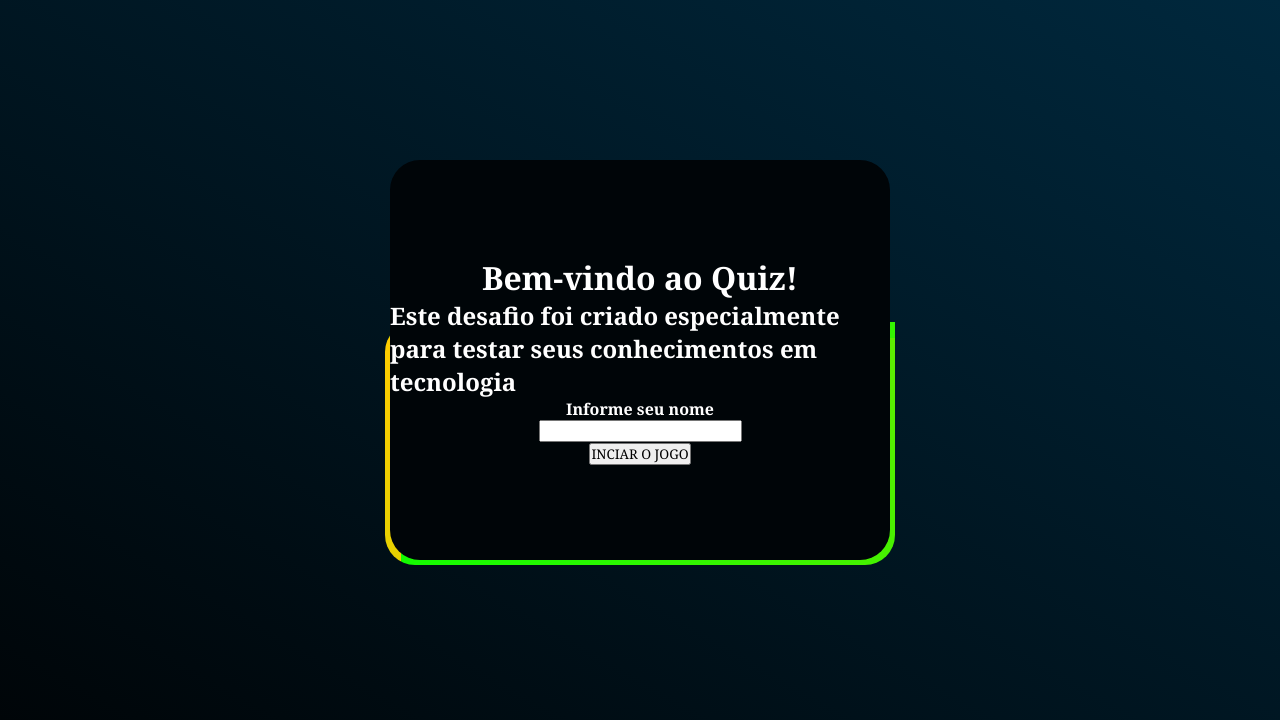
Repository: LaisSilvaO/Projeto-Quizz
Page: telas/apresentação.html
An editor plug-in stored every save of this project. The page is shown before and after the next save, followed by the edit.
The browser window is 1280 px wide. The pictures show the whole page.

Above is the page before, as saved 2024-12-25 21:04:50.

### telas/apresentação.html
<!DOCTYPE html>
<html lang="pt-br">

<head>
    <meta charset="UTF-8">
    <meta name="viewport" content="width=device-width, initial-scale=1.0">
    <title>Quiz</title>
    <link rel="stylesheet" href="../img/tela.css">
</head>

<body>
    <div class="box1">
        <div class="box2">
            <H1> Bem-vindo ao Quiz!</H1>

            <h2>Este desafio foi criado especialmente para testar seus conhecimentos em tecnologia


            </h2>
            <h4>Informe seu nome </h4>
            <input type="text" id="nome">
            <A href="index.html">
                <h4><button>INCIAR O JOGO</button></h4>
            </A>
        </div>
    </div>

</body>

</html>

### img/tela.css
* {
  margin: 0;
  padding: 0;
  box-sizing: border-box;
  font-family: Cambria, Cochin, Georgia, Times, 'Times New Roman', serif;
}

body {
  height: 100vh;
  display: flex;
  justify-content: center;
  align-items: center;
  background: linear-gradient(210deg, #00283d, #000508);
}

main {
  background-color: white;
  padding: 10px;
  border-radius: 10px;
  width: 100%;
  max-width: 600px;
  min-height: 400px;
  display: flex;
  justify-content: center;
  align-items: center;
}

.box1{
  position: relative;
  width: 510px;
  height: 410px;

  border-radius: 30px;
  display: flex;
  justify-content: center;
  align-items: center;
  flex-direction: column;
  overflow: hidden;

}
.box2 {
  position: relative;
  width: 500px;
  height: 400px;
  background-color: #000508;
  border-radius: 30px;
  display: flex;
  justify-content: center;
  align-items: center;
  flex-direction: column;
  overflow: hidden;
  color: white;
}

/* Borda animada externa */
.box1::before {
  content: '';
  position: absolute;
  top: 0;
  left: 0;
  width: 100%;
  height: 100%;
  border-radius: 30px;
  border: 16px solid transparent; /* Espessura da borda aumentada */
  background-image: linear-gradient(45deg, #00ff00, #ffcc00);
  background-size: 400%; /* Aumenta o tamanho da animação da borda */
  animation: borderAnimation 3s linear 3s infinite ;
  z-index: -1; /* Garante que a borda fique atrás do conteúdo */
}

@keyframes borderAnimation {
  0% {
    top: 0px;
    left: 0px;
}
25% {
    top: 0px;
    left: 500px; /* Canto superior direito */
}
50% {
    top: 500px;
    left: 0px; /* Canto inferior direito */
}
75% {
    top: 0px;
    left: 0px; /* Canto inferior esquerdo */
}
100% {
    top: 500px;
    left: 0px;  /* Retorna ao canto superior esquerdo */
}
}

After the next save:
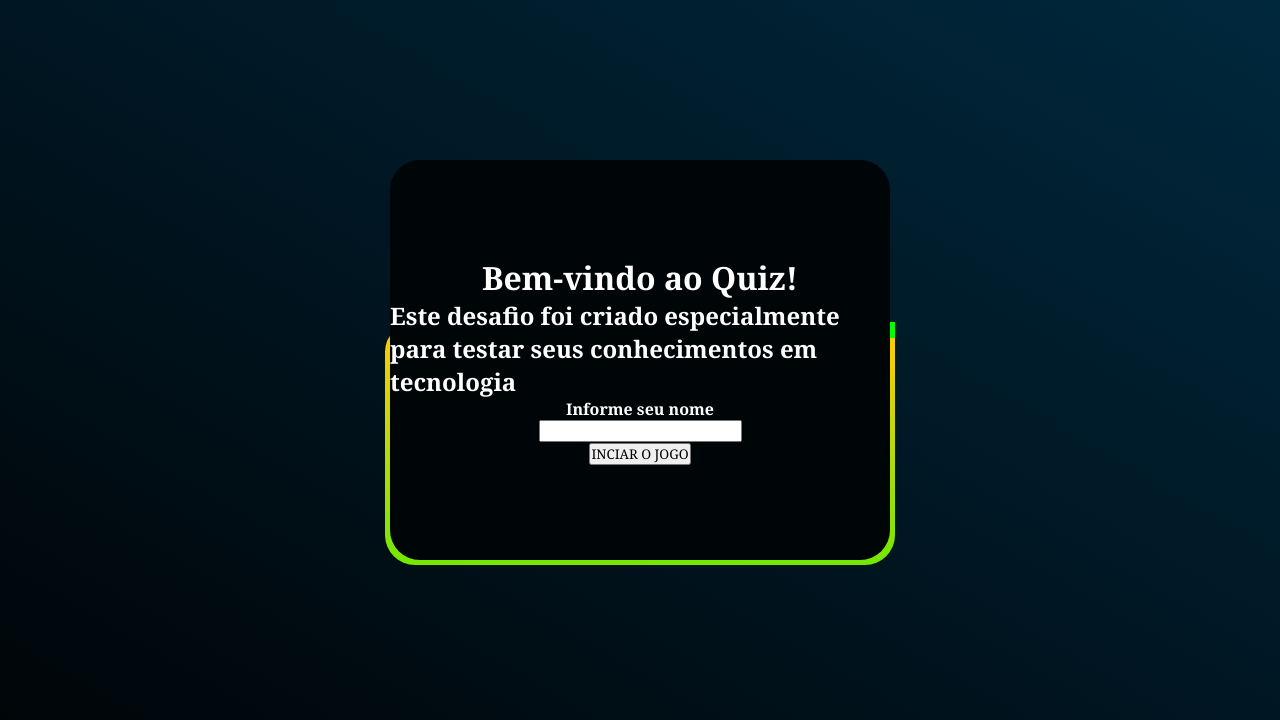
Saved 21 s later.
--- a/img/tela.css
+++ b/img/tela.css
@@ -62,7 +62,7 @@ main {
   height: 100%;
   border-radius: 30px;
   border: 16px solid transparent; /* Espessura da borda aumentada */
-  background-image: linear-gradient(45deg, #00ff00, #ffcc00);
+  background-image: linear-gradient(360deg, #00ff00, #ffcc00);
   background-size: 400%; /* Aumenta o tamanho da animação da borda */
   animation: borderAnimation 3s linear 3s infinite ;
   z-index: -1; /* Garante que a borda fique atrás do conteúdo */
